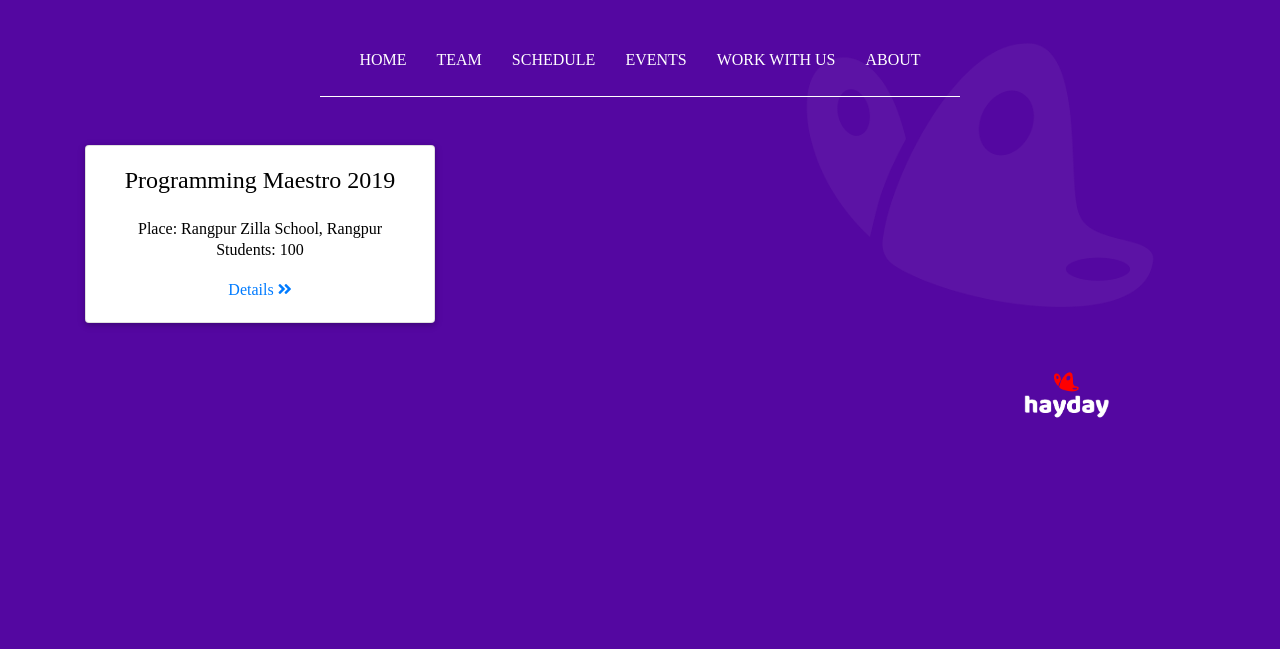
Repository: im1971/company-web
Page: event.html
These files come from the project's save history. The page is drawn as it stood at one moment and after the next save; the edit follows.
The browser window is 1280 px wide. The pictures show the whole page.
Some web fonts or font styles are not loaded; a fallback is used.

Above is the page before, as saved 2020-02-02 11:41:09.

After the next save:
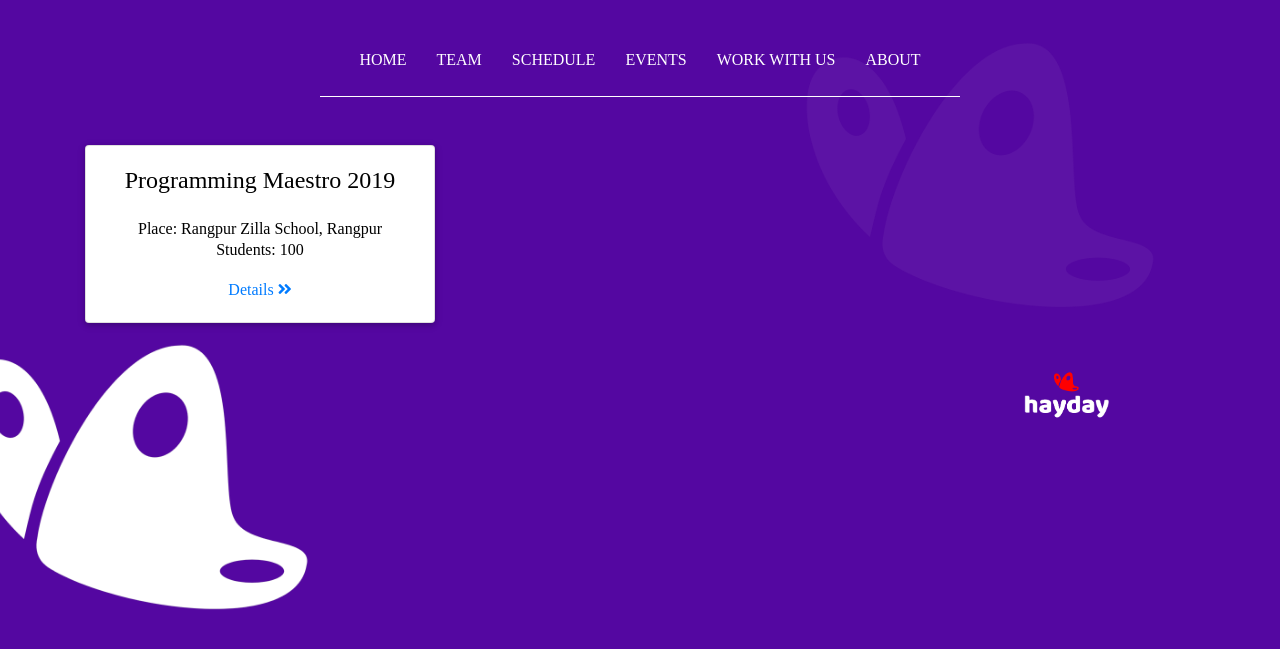
Saved 21 s later.
--- a/event.html
+++ b/event.html
@@ -65,6 +65,7 @@
                                 <h6 class="mb-0">Place: Rangpur Zilla School, Rangpur</h6>
                                 <p>Students: 100</p>
                                 <a href="2019.html">Details <i class="fas fa-angle-double-right"></i></a>
+                                <div class="back_image"></div>
                             </div>
                         </div>
                     </div>
--- a/css/style.css
+++ b/css/style.css
@@ -368,6 +368,7 @@
 .wrap_event {
     color: #000;
     text-align: center;
+    position: relative;
 }
 
 .wrap_event .card-body .back_image {
@@ -377,7 +378,7 @@
     position: absolute;
     background-position: center center;
     background-size: cover;
-    opacity: 5%;
+    /* opacity: 5%; */
     right: 0;
 }
 

After the save that followed:
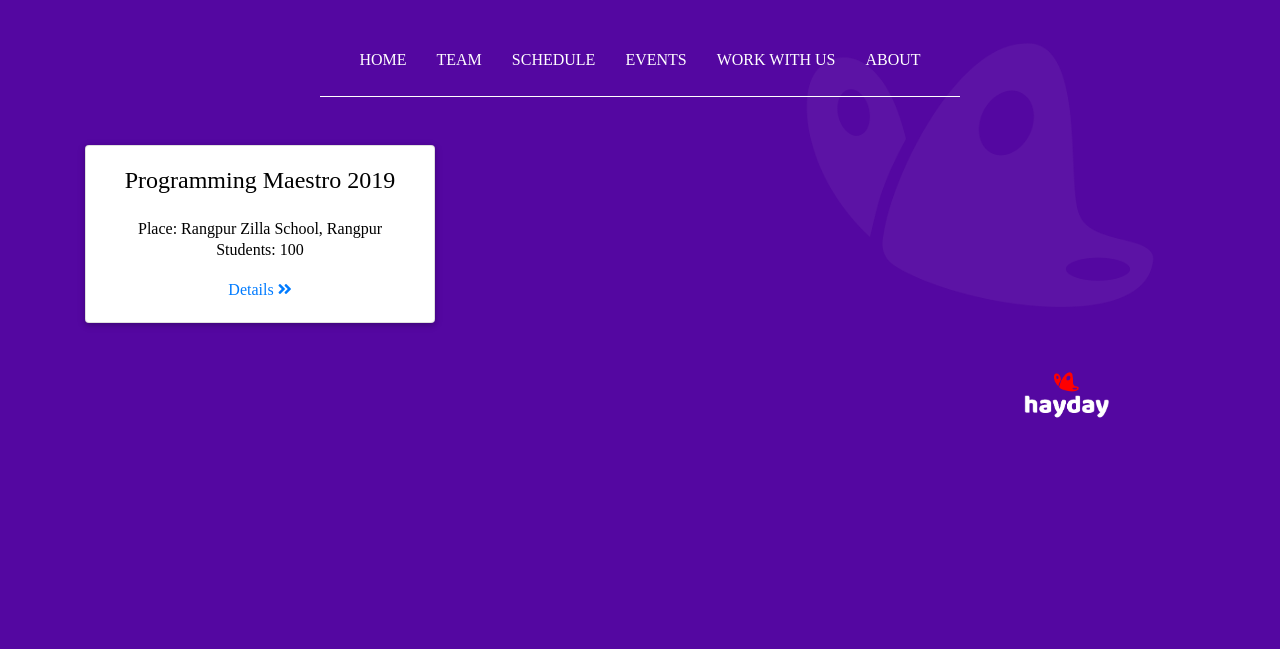
Saved 102 s later.
--- a/css/style.css
+++ b/css/style.css
@@ -372,14 +372,13 @@
 }
 
 .wrap_event .card-body .back_image {
-    background-image: url(../img/back.png);
+    /* background-image: url(../img/back.png);
     height: 350px;
     width: 600px;
     position: absolute;
     background-position: center center;
     background-size: cover;
-    /* opacity: 5%; */
-    right: 0;
+    right: 0; */
 }
 
 
